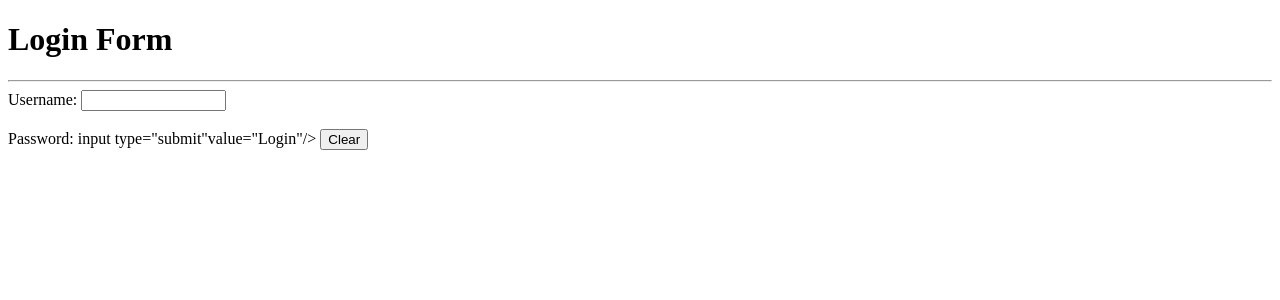
Repository: ManjulavaniSripathi/Day10
Page: LoginApp/WebContent/Login.html
These files come from the project's save history. The page is drawn as it stood at one moment and after the next save; the edit follows.
The browser window is 1280 px wide. The pictures show the whole page.

Above is the page before, as saved 2018-09-05 10:11:49.

### LoginApp/WebContent/Login.html
<!DOCTYPE html>
<html>
<head>
<meta charset="ISO-8859-1">
<title>Login page</title>
</head>
<body>
<h1>Login Form</h1>
<hr>
<form action="Login"method="post">
<label>Username:</label>
<input type="text" name="username"size="15"/>
<br><br>
<label>Password:</label>
input type="submit"value="Login"/>
<input type="reset"value="Clear"/>
</form>
</body>
</html>

After the next save:
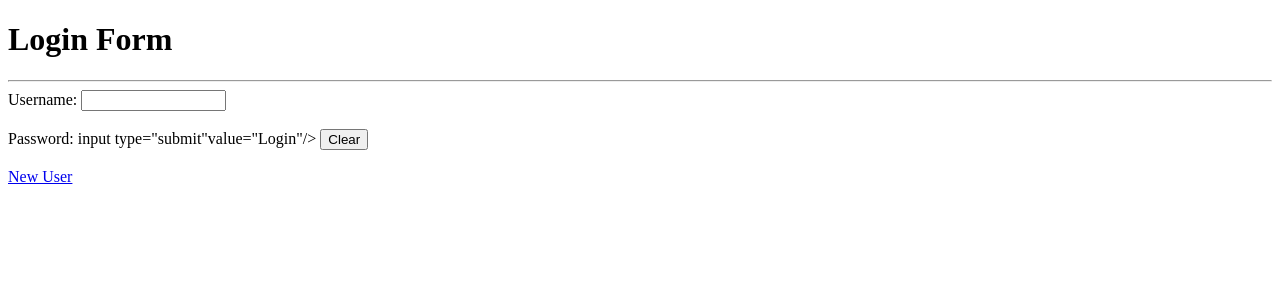
Saved 5 min 14 s later.
--- a/LoginApp/WebContent/Login.html
+++ b/LoginApp/WebContent/Login.html
@@ -14,6 +14,9 @@
 <label>Password:</label>
 input type="submit"value="Login"/>
 <input type="reset"value="Clear"/>
+<br><br>
+<a href="registration.html">New User</a>
 </form>
+
 </body>
 </html>
